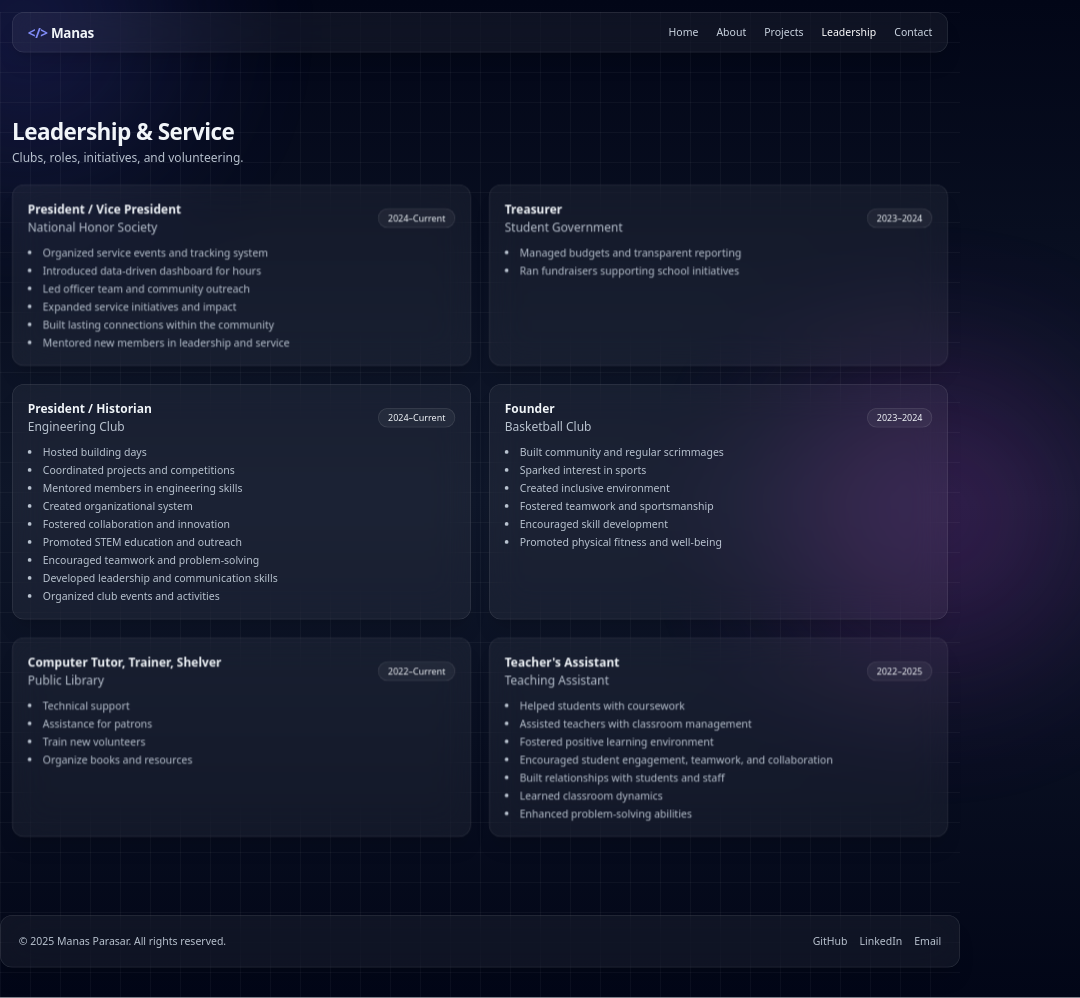
Repository: Manas-Parasar/portfolio-manas-parasar
Page: /leadership
The author's editor kept a copy of each file at every save. The page is drawn from the files as they stood at one save, then again after the next save.
The browser window is 1280 px wide. The page is 1440 px wide, so the pictures cover 1440 px, including what lies to the right of the window. The pictures show the whole page, at 75% of full size.
The project was rebuilt for these pictures with package versions that can differ from the ones it lists, and the page was loaded fresh each time. Also part of the build but not shown: vite.config.js, src/components/Hero.jsx, src/components/ProjectCard.jsx, src/pages/Home.jsx, src/pages/About.jsx, src/pages/Projects.jsx, src/pages/Contact.jsx.

Above is the page before, as saved 2025-08-20 16:13:57.

After the next save:
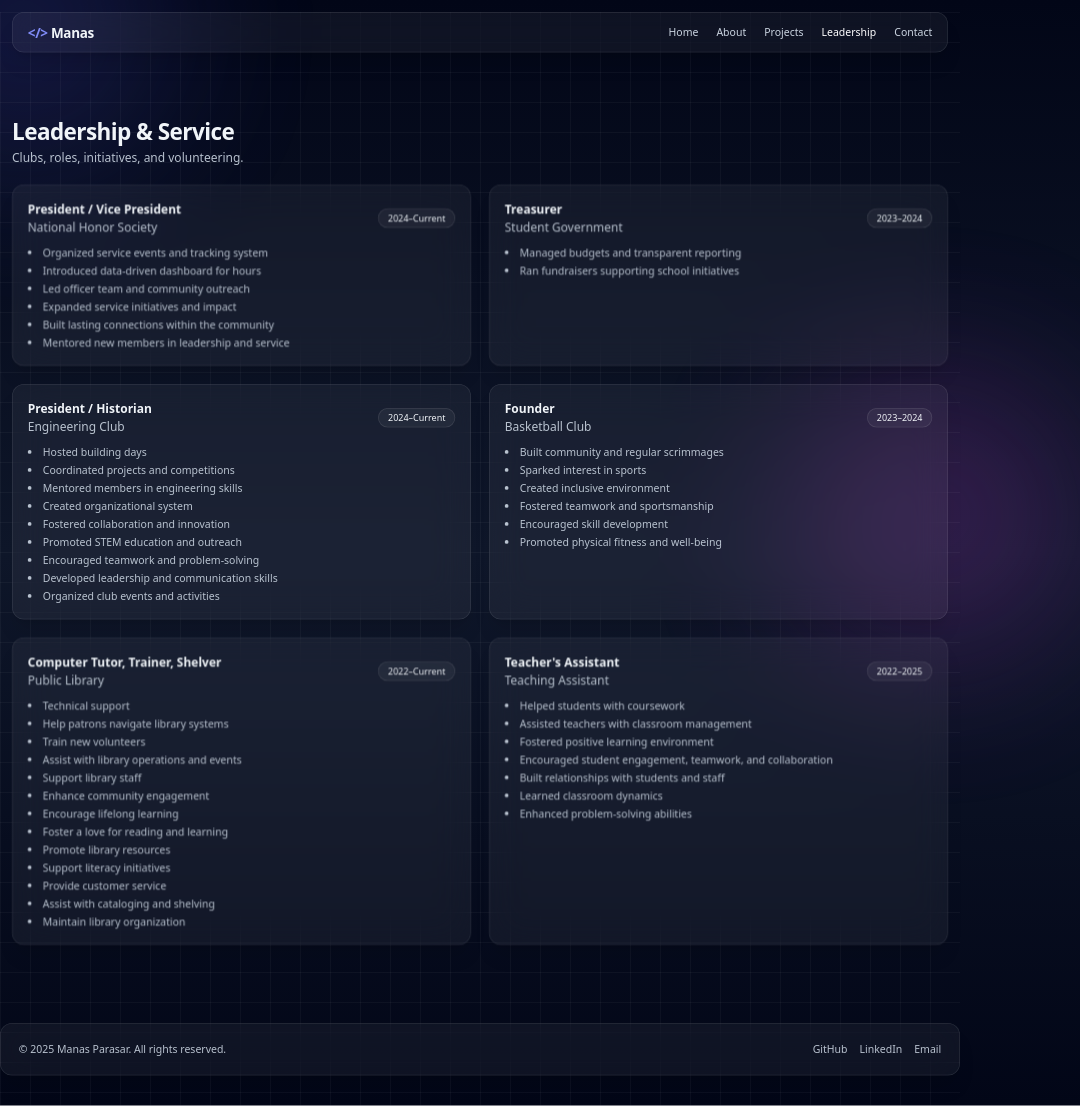
Saved 2 min 42 s later.
--- a/src/pages/Leadership.jsx
+++ b/src/pages/Leadership.jsx
@@ -66,9 +66,18 @@ export default function Leadership() {
             period="2022–Current"
             points={[
               "Technical support",
-              "Assistance for patrons",
+              "Help patrons navigate library systems",
               "Train new volunteers",
-              "Organize books and resources",
+              "Assist with library operations and events",
+              "Support library staff",
+              "Enhance community engagement",
+              "Encourage lifelong learning",
+              "Foster a love for reading and learning",
+              "Promote library resources",
+              "Support literacy initiatives",
+              "Provide customer service",
+              "Assist with cataloging and shelving",
+              "Maintain library organization",
             ]}
           />
           <TimelineItem
